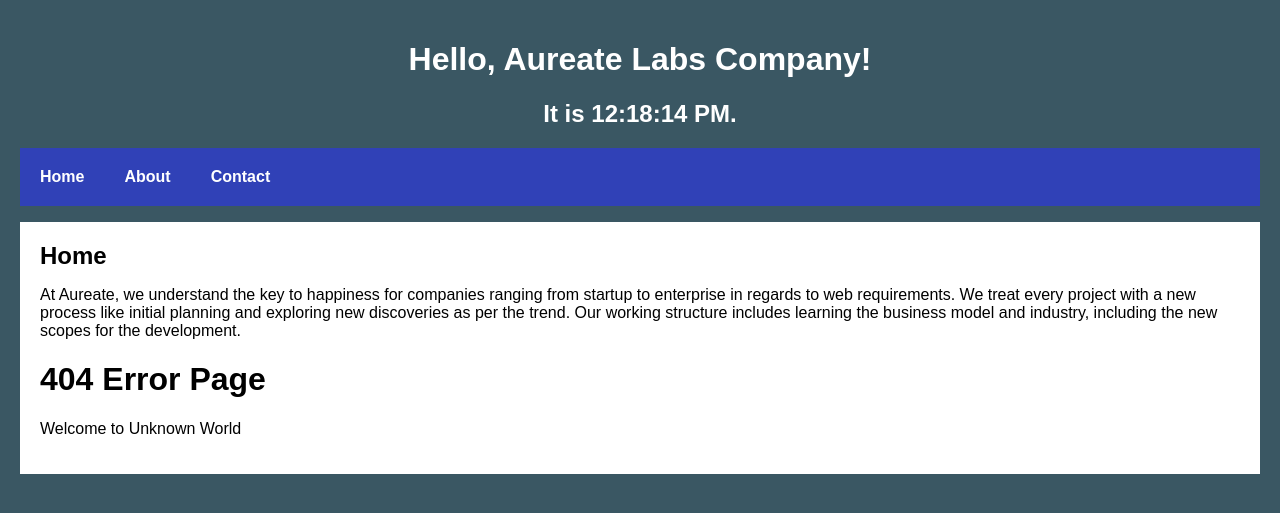
Repository: hardikaureate/React-Pages-Menu
Page: /
An editor plug-in stored every save of this project. The page is shown before and after the next save, followed by the edit.
The browser window is 1280 px wide. The pictures show the whole page.
The project was rebuilt for these pictures with package versions that can differ from the ones it lists, and the page was loaded fresh each time. Also part of the build but not shown: src/About.js, src/Contact.js.

Above is the page before, as saved 2020-10-26 15:29:25.

### src/index.js
import React from 'react';
import ReactDOM from 'react-dom';
import './index.css';
import Main from './Main';
import Clock from './Clock';

ReactDOM.render(
<React.Fragment>
<Clock name="Company" />
<Main/>
</React.Fragment>
, document.getElementById('root'));

### src/index.css
body {
    background-color: #3a5763;
    padding: 20px;
    margin: 0;
}

h1,
h2,
p,
ul,
li {
    font-family: sans-serif;
}

ul.header li {
    display: inline;
    list-style-type: none;
    margin: 0;
}

ul.header {
    background-color: #3041b7;
    padding: 0;
}

ul.header li a {
    color: #FFF;
    font-weight: bold;
    text-decoration: none;
    padding: 20px;
    display: inline-block;
}

.content {
    background-color: #FFF;
    padding: 20px;
}

.content h2 {
    padding: 0;
    margin: 0;
}

.content li {
    margin-bottom: 10px;
}

.active {
    background-color: #0099FF;
}

.common {
    text-align: center;
    color: #FFF;
}

### src/Main.js
import React, { Component } from 'react'
import {Route, Link, HashRouter} from 'react-router-dom';
import Home from './Home';
import About from './About';
import Contact from './Contact';
import Errorpage from './Errorpage'


class Main extends Component {
        render(){
                return(
                        <HashRouter>
                        <React.Fragment>
                                <ul className="header">
                                        <li><Link exact to="/">Home</Link></li>
                                        <li><Link to="/about">About</Link></li>
                                        <li><Link to="/contact">Contact</Link></li>
                                </ul>

                                <div className="content">
                                        <Route exact path="/" component={Home} />
                                        <Route path="/about" component={About} />
                                        <Route path="/contact" component={Contact} />
                                        <Route component={Errorpage} />
                                </div>
                        </React.Fragment>
                        </HashRouter>
                )
        }
}

export default Main;

### src/Clock.js
import React, { Component } from 'react'

export default class Clock extends Component {
        constructor(props) {
                super(props);
                console.log('constructtt');
                this.state = {
                        greeting : "Hello",
                        date: new Date()
                }
                // this.state = {};

              }

              componentDidMount(){
                console.log('DidMount')
                      this.Tid = setInterval( () =>
                              this.tick(), 1000
                      );
              }

              componentWillUnmount() {
                      console.log('WillMount')
                      clearInterval(this.Tid)
              }

              tick(){
                //console.log('tick()method')
                      this.setState({
                              date : new Date()
                      })
              }

              render() {
                      console.log('Rendering')
                      const allname = 'Aureate Labs'
                return (
                  <div>
                    <h1 className="common">{this.state.greeting}, {allname} {this.props.name}!</h1>
                    <h2 className="common">It is {this.state.date.toLocaleTimeString()}.</h2>
                  </div>
                );
              }
}

### src/Home.js
import React, { Component } from 'react'

class Home extends Component {
        render() {
                return (
                        <div>
                        <h2>Home</h2>
                              <p>At Aureate, we understand the key to happiness for companies ranging from startup to enterprise in regards to web requirements. We treat every project with a new process like initial planning and exploring new discoveries as per the trend. Our working structure includes learning the business model and industry, including the new scopes for the development.</p>
                        </div>
                )
        }
}


export default Home;

### src/Errorpage.js
import React from 'react'

const Errorpage = () => {
    return (
        <div>
            <div className="setStyle2">
                <h1>404 Error Page</h1>
                <p>Welcome to Unknown World</p>
            </div>
        </div>
    )
}

export default Errorpage

Loaded but not shown: public/index.html (common file)

After the next save:
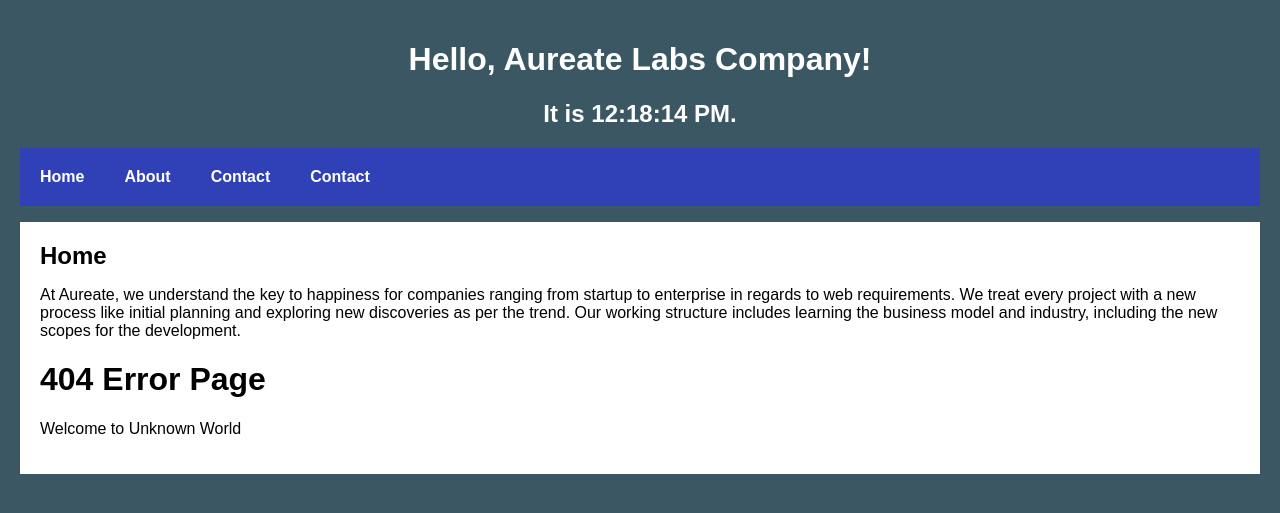
Saved 83 s later.
--- a/src/Main.js
+++ b/src/Main.js
@@ -15,12 +15,13 @@
                                         <li><Link exact to="/">Home</Link></li>
                                         <li><Link to="/about">About</Link></li>
                                         <li><Link to="/contact">Contact</Link></li>
+                                        <li><Link to="/contact">Contact</Link></li>
                                 </ul>
 
                                 <div className="content">
                                         <Route exact path="/" component={Home} />
-                                        <Route path="/about" component={About} />
-                                        <Route path="/contact" component={Contact} />
+                                        <Route exact path="/about" component={About} />
+                                        <Route exact path="/contact" component={Contact} />
                                         <Route component={Errorpage} />
                                 </div>
                         </React.Fragment>

After the save that followed:
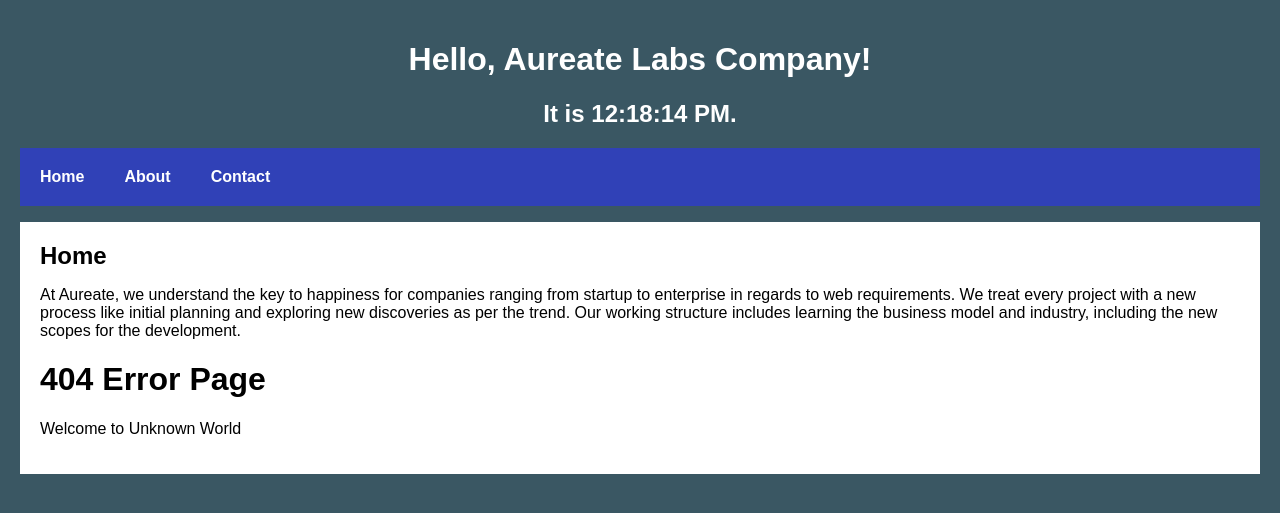
Saved 6 s later.
--- a/src/Main.js
+++ b/src/Main.js
@@ -15,7 +15,7 @@
                                         <li><Link exact to="/">Home</Link></li>
                                         <li><Link to="/about">About</Link></li>
                                         <li><Link to="/contact">Contact</Link></li>
-                                        <li><Link to="/contact">Contact</Link></li>
+                                        {/* <li><Link to="/contact">Contact</Link></li> */}
                                 </ul>
 
                                 <div className="content">
